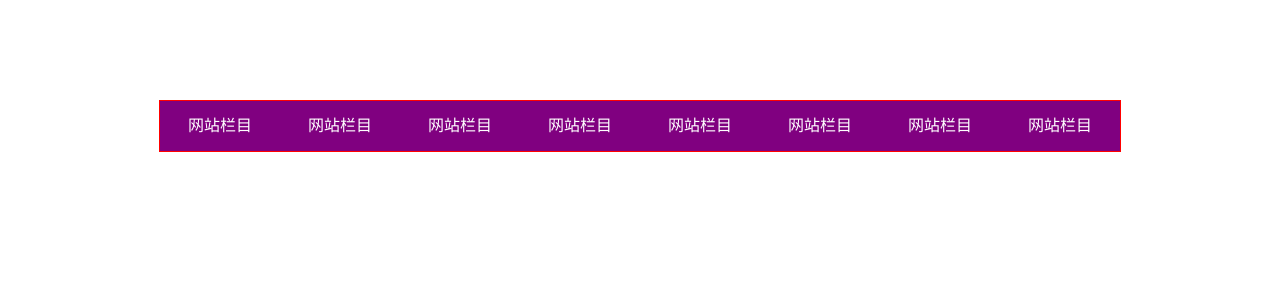
Repository: Germtao/Web
Page: web_css/css_伪类.html
The author's editor kept a copy of each file at every save. The page is drawn from the files as they stood at one save, then again after the next save.
The browser window is 1280 px wide. The pictures show the whole page.

Above is the page before, as saved 2020-10-29 10:14:53.

### web_css/css_伪类.html
<!DOCTYPE html>
<html lang="en">

<head>
  <meta charset="UTF-8">
  <meta name="Generator" content="EditPlus®">
  <meta name="Author" content="">
  <meta name="Keywords" content="">
  <meta name="Description" content="">
  <title>css-伪类</title>
  <style type="text/css">
    * {
      margin: 0;
      padding: 0;
    }

    .nav {
      width: 960px;
      height: 50px;
      border: 1px solid red;
      margin: 100px auto;
    }

    /* 后代选择器: 就是一种平衡：共性、特性的平衡。当要把某一个部分的所有的什么，进行样式改变，就要想到后代选择器 */
    .nav ul {
      /* 去掉小圆点 */
      list-style: none;
    }

    .nav ul li {
      float: left;
      width: 120px;
      height: 50px;
      text-align: center;
      line-height: 50px;
    }

    /* .nav ul li a {
      display: block;
      width: 120px;
      height: 50px;
    } */

    /* 两个伪类的属性，可以用逗号隔开 */
    /* .nav ul li a:link,
    .nav ul li a:visited {
      text-decoration: none;
      background-color: purple;
      color: white;
    } */

    /* 等同上面两个 */
    .nav ul li a {
      display: block;
      width: 120px;
      height: 50px;
      text-decoration: none;
      background-color: purple;
      color: white;
    }

    .nav ul li a:hover {
      background-color: orange;
    }
  </style>
</head>

<body>
  <div class="nav">
    <ul>
      <li><a href="#">网站栏目</a></li>
      <li><a href="#">网站栏目</a></li>
      <li><a href="#">网站栏目</a></li>
      <li><a href="#">网站栏目</a></li>
      <li><a href="#">网站栏目</a></li>
      <li><a href="#">网站栏目</a></li>
      <li><a href="#">网站栏目</a></li>
      <li><a href="#">网站栏目</a></li>
    </ul>
  </div>
</body>

</html>

After the next save:
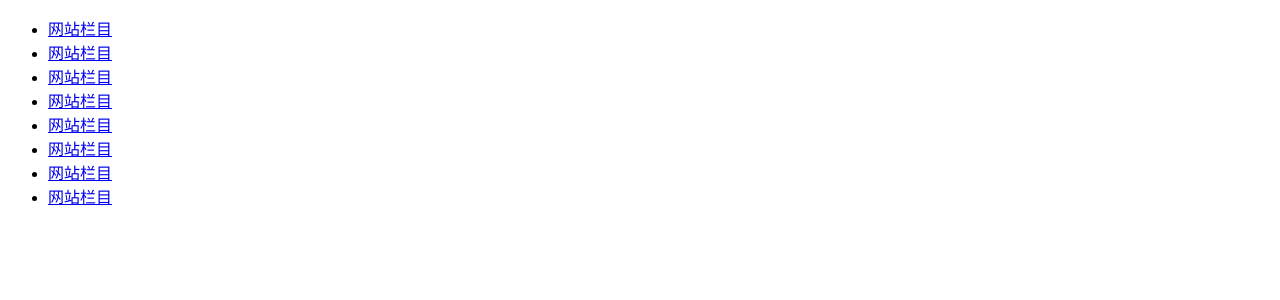
Saved 15 s later.
--- a/web_css/css_伪类.html
+++ b/web_css/css_伪类.html
@@ -8,7 +8,7 @@
   <meta name="Keywords" content="">
   <meta name="Description" content="">
   <title>css-伪类</title>
-  <style type="text/css">
+  <!-- <style type="text/css">
     * {
       margin: 0;
       padding: 0;
@@ -62,7 +62,7 @@
     .nav ul li a:hover {
       background-color: orange;
     }
-  </style>
+  </style> -->
 </head>
 
 <body>
